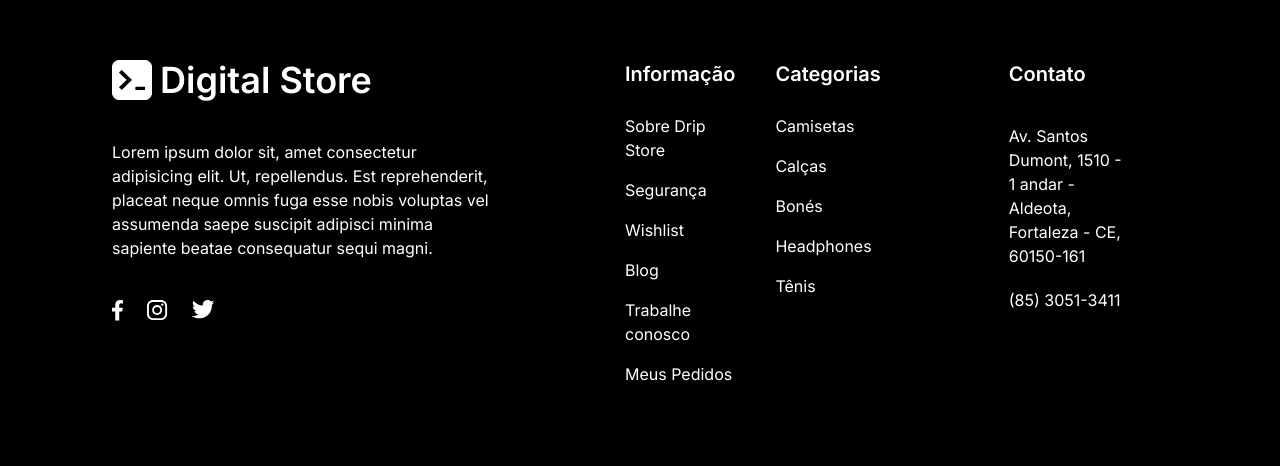
Repository: geracao-09/digital-store
Page: index.html
These files come from the project's save history. The page is drawn as it stood at one moment and after the next save; the edit follows.
The browser window is 1280 px wide. The pictures show the part of the page from y = 3410 to 3917 px (the page is 3876 px tall before and 3917 px after).
A picture or video elsewhere on the page could not be fetched, so the positions and the page height are approximate.

Above is the page before, as saved 2025-04-25 09:02:27.

### index.html
<!DOCTYPE html>
<html lang="pt-br">
<head>
    <meta charset="UTF-8">
    <meta name="viewport" content="width=device-width, initial-scale=1.0">
    <title>Digital Store</title>
    <link href="./style.css" rel="stylesheet">
    <script src="https://cdn.jsdelivr.net/npm/@tailwindcss/browser@4"></script>
    <link rel="shortcut icon" href="/assets/digital-logo.svg" type="image/x-icon">
</head>
<body>
<header class="flex flex-col gap-12 px-[108px] py-[38px]">
    <div class="flex items-center justify-between">
        <div class="flex gap-1">
            <img src="/assets/digital-logo.svg" alt="Logo da Digital Store">
            <h1 class="text-4xl text-(--primary-color) font-semibold">Digital Store</h1>
        </div>
        <input type="text" placeholder="Pesquisar produto..." class="bg-(--light-gray-3) py-2 px-3 rounded-lg ml-40 mr-14 bg-[url(/assets/icons/search.svg)] bg-no-repeat bg-right focus:placeholder-transparent w-[560px]" />
        <div>
            <a href="#" class="bg-(--primary-color) text-white rounded-lg px-7 py-3 font-bold text-sm">
                Entrar
            </a>
        </div>
        <div class="relative">
            <img src="/assets/icons/cart.svg" alt="Imagem de um carrinho de compras">
            <div class="flex justify-center items-center absolute bg-(--tertiary-color) text-white font-bold text-xs rounded-full w-[18px] h-[18px] bottom-[15px] left-3">
                2
            </div>
        </div>
    </div>
    </div>
    <nav class="pl-32">
        <ul class="flex gap-6 text-(--dark-gray-2)">
            <li class="hover:text-(--primary-color) hover:font-bold">
                <a href="#">
                Home
            </a>
        </li>
            <li class="hover:text-(--primary-color) hover:font-bold">
                <a href="#">
                Produtos
            </a>
        </li>
            <li class="hover:text-(--primary-color) hover:font-bold">
                <a href="#">
                Categorias
            </a>
        </li>
            <li class="hover:text-(--primary-color) hover:font-bold">
                <a href="#">
                Meus Pedidos
            </a>
        </li>
        </ul>
    </nav>
</header>
<main>
    <section class="flex px-[108px] bg-(--light-gray-3) py-[78px] h-[680px] relative">
        <div class="flex flex-col gap-5 w-[466px]">
            <p class="text-(--warning-color) font-bold">
                Melhores ofertas personalizadas
            </p>
            <h2 class="font-extrabold text-6xl">
                Queima de estoque Nike 🔥
            </h2>
            <p class="text-(--dark-gray-2) text-lg">
                Consequat culpa exercitation mollit nisi excepteur do do tempor laboris eiusmod irure consectetur.
            </p>
            <a href="#" class="flex items-center justify-center bg-(--primary-color) text-(--light-gray-3) font-bold w-[220px] h-[48px] rounded-lg">
                Ver Ofertas
            </a>
        </div>
        <img src="/assets/pictures/white-sneakers.svg" alt="Foto de um tenis branco" class="absolute right-28 bottom-8"/>
        <img src="/assets/ornaments/ornament.svg" alt="Firula do site - by wendell" class="absolute top-12 right-8">
    </section>
    <section class="flex flex-col gap-15 px-[108px] py-[42px]">
        <div class="flex flex-col gap-10">
            <h4 class="text-(--dark-gray-2) font-bold text-2xl">
                Coleções em destaque
            </h4>
            <ul class="grid grid-cols-3 gap-3.5 h-68">
                <li  class="flex bg-[#D8E3F2] pl-8 pt-8 rounded-md relative bg-[url(/assets/pictures/star-wars-shirt-pic.svg)] bg-no-repeat bg-bottom-right">
                    <div class="w-1/2 z-10">
                    <p class="bg-[#E7FF86] rounded-4xl font-bold text-(--dark-gray-2) w-[96px] text-center py-1.5 text-sm">
                        30% OFF
                    </p>
                    <h5 class="font-bold text-(--dark-gray) text-4xl mt-2.5 mb-8">
                        Novo drop Supreme
                    </h5>
                    <a href="#" class="text-(--primary-color) bg-white rounded-xl font-bold px-12 py-4.5">
                        Comprar
                    </a>
                </div>
                </li>
                <li  class="flex bg-[#D8E3F2] pl-8 pt-8 rounded-md relative bg-[url(/assets/pictures/sneaks-pic.svg)] bg-no-repeat bg-bottom-right">
                    <div class="w-1/2 z-10">
                    <p class="bg-[#E7FF86] rounded-4xl font-bold text-(--dark-gray-2) w-[96px] text-center py-1.5 text-sm">
                        30% OFF
                    </p>
                    <h5 class="font-bold text-(--dark-gray) text-4xl mt-2.5 mb-8">
                        Coleção Adidas
                    </h5>
                    <a href="#" class="text-(--primary-color) bg-white rounded-xl font-bold px-12 py-4.5">
                        Comprar
                    </a>
                </div>
                </li>
                <li  class="flex bg-[#D8E3F2] pl-8 pt-8 rounded-md relative bg-[url(/assets/pictures/headphone-pic.svg)] bg-no-repeat bg-bottom-right">
                    <div class="w-1/2 z-10">
                    <p class="bg-[#E7FF86] rounded-4xl font-bold text-(--dark-gray-2) w-[96px] text-center py-1.5 text-sm">
                        30% OFF
                    </p>
                    <h5 class="font-bold text-(--dark-gray) text-4xl mt-2.5 mb-8">
                        Novo<br> Beats Bass
                    </h5>
                    <a href="#" class="text-(--primary-color) bg-white rounded-xl font-bold px-12 py-4.5">
                        Comprar
                    </a>
                </div>
                </li>
            </ul>
        </div>
        <div class="bg-[url(/assets/icons/house-border.svg)] bg-no-repeat bg-center object-contain flex flex-col items-center gap-5 pt-5.5 h-[318px]">
            <h1 class="font-bold text-2xl text-(--dark-gray-2)">
                Coleções em destaque
            </h1>
            <ul class="flex gap-8">
                <li><a href="#">
                    <div class="bg-[url(/assets/icons/t-shirt.svg)] w-[104px] h-[104px] bg-white bg-no-repeat bg-center rounded-full"></div>
                    <p class="font-bold text-sm text-(--dark-gray-2) text-center">Camisetas</p>
                </a></li>
                <li><a href="#">
                    <div class="bg-[url(/assets/icons/pants.svg)] w-[104px] h-[104px] bg-white bg-no-repeat bg-center rounded-full"></div>
                    <p class="font-bold text-sm text-(--dark-gray-2) text-center">Calças</p>
                </a></li>
                <li><a href="#">
                    <div class="bg-[url(/assets/icons/cap.svg)] w-[104px] h-[104px] bg-white bg-no-repeat bg-center rounded-full"></div>
                    <p class="font-bold text-sm text-(--dark-gray-2) text-center">Bonés</p>
                </a></li>
                <li><a href="#">
                    <div class="bg-[url(/assets/icons/headphones.svg)] w-[104px] h-[104px] bg-white bg-no-repeat bg-center rounded-full"></div>
                    <p class="font-bold text-sm text-(--dark-gray-2) text-center">Headphones</p>
                </a></li>
                <li><a href="#">
                    <div class="bg-[url(/assets/icons/sneakers.svg)] w-[104px] h-[104px] bg-white bg-no-repeat bg-center rounded-full"></div>
                    <p class="font-bold text-sm text-(--dark-gray-2) text-center">Tênis</p>
                </a></li>
            </ul>
        </div>
    </section>
    <section class="px-[108px]">
        <div class="flex justify-between mb-5">
            <h4 class="text-(--dark-gray-2) font-bold text-2xl">
                Produtos em  alta
            </h4>
            <div class="flex gap-2 items-center">
                <a href="#" class="text-(--primary-color) text-[18px]">
                    Ver todos
                </a>
                <img src="/assets/ornaments/arrow-right.svg" alt="Flecha apontando pra direita" class="w-[24px]">
            </div>
        </div>
        <ul class="grid grid-cols-4">
            <li class="mb-5">
            <div class="bg-[url(/assets/pictures/sneaks-pic2.svg)] w-[292px] h-[320px] bg-white bg-no-repeat bg-center relative">
                <div class="flex justify-center items-center bg-[#E7FF86] font-bold text-sm h-[32px] w-[96px] rounded-4xl absolute left-5 top-5">50% off</div>
            </div>
                <div>
                    <p class="text-xs text-(--light-gray) font-bold">
                        Tênis
                    </p>
                    <h5 class="text-2xl text-(--dark-gray-2)">
                        K-Swiss V8 - Masculino
                    </h5>
                    <div class="flex gap-2">
                    <h5 class="text-(--light-gray) line-through text-2xl">
                        $200
                    </h5>
                    <h5 class="font-bold text-2xl">
                        $100
                    </h5>
                </div>
            </div>
            </li>
            <li class="mb-5">
            <div class="bg-[url(/assets/pictures/sneaks-pic2.svg)] w-[292px] h-[320px] bg-white bg-no-repeat bg-center relative">
                <div class="flex justify-center items-center bg-[#E7FF86] font-bold text-sm h-[32px] w-[96px] rounded-4xl absolute left-5 top-5">50% off</div>
            </div>
                <div>
                    <p class="text-xs text-(--light-gray) font-bold">
                        Tênis
                    </p>
                    <h5 class="text-2xl text-(--dark-gray-2)">
                        K-Swiss V8 - Masculino
                    </h5>
                    <div class="flex gap-2">
                    <h5 class="text-(--light-gray) line-through text-2xl">
                        $200
                    </h5>
                    <h5 class="font-bold text-2xl">
                        $100
                    </h5>
                </div>
            </div>
            </li>
            <li class="mb-5">
            <div class="bg-[url(/assets/pictures/sneaks-pic2.svg)] w-[292px] h-[320px] bg-white bg-no-repeat bg-center relative">
            </div>
                <div>
                    <p class="text-xs text-(--light-gray) font-bold">
                        Tênis
                    </p>
                    <h5 class="text-2xl text-(--dark-gray-2)">
                        K-Swiss V8 - Masculino
                    </h5>
                    <h5 class="font-bold text-2xl">
                        $100
                    </h5>
            </div>
            </li>
            <li class="mb-5">
            <div class="bg-[url(/assets/pictures/sneaks-pic2.svg)] w-[292px] h-[320px] bg-white bg-no-repeat bg-center relative">
            </div>
                <div>
                    <p class="text-xs text-(--light-gray) font-bold">
                        Tênis
                    </p>
                    <h5 class="text-2xl text-(--dark-gray-2)">
                        K-Swiss V8 - Masculino
                    </h5>
                    <h5 class="font-bold text-2xl">
                        $100
                    </h5>
            </div>
            </li>
            <li class="mb-5">
            <div class="bg-[url(/assets/pictures/sneaks-pic2.svg)] w-[292px] h-[320px] bg-white bg-no-repeat bg-center relative">
            </div>
                <div>
                    <p class="text-xs text-(--light-gray) font-bold">
                        Tênis
                    </p>
                    <h5 class="text-2xl text-(--dark-gray-2)">
                        K-Swiss V8 - Masculino
                    </h5>
                    <h5 class="font-bold text-2xl">
                        $100
                    </h5>
            </div>
            </li>
            <li class="mb-5">
            <div class="bg-[url(/assets/pictures/sneaks-pic2.svg)] w-[292px] h-[320px] bg-white bg-no-repeat bg-center relative">
            </div>
                <div>
                    <p class="text-xs text-(--light-gray) font-bold">
                        Tênis
                    </p>
                    <h5 class="text-2xl text-(--dark-gray-2)">
                        K-Swiss V8 - Masculino
                    </h5>
                    <h5 class="font-bold text-2xl">
                        $100
                    </h5>
            </div>
            </li>
            <li class="mb-5">
            <div class="bg-[url(/assets/pictures/sneaks-pic2.svg)] w-[292px] h-[320px] bg-white bg-no-repeat bg-center relative">
            </div>
                <div>
                    <p class="text-xs text-(--light-gray) font-bold">
                        Tênis
                    </p>
                    <h5 class="text-2xl text-(--dark-gray-2)">
                        K-Swiss V8 - Masculino
                    </h5>
                    <h5 class="font-bold text-2xl">
                        $100
                    </h5>
            </div>
            </li>
            <li class="mb-5">
            <div class="bg-[url(/assets/pictures/sneaks-pic2.svg)] w-[292px] h-[320px] bg-white bg-no-repeat bg-center relative">
            </div>
                <div>
                    <p class="text-xs text-(--light-gray) font-bold">
                        Tênis
                    </p>
                    <h5 class="text-2xl text-(--dark-gray-2)">
                        K-Swiss V8 - Masculino
                    </h5>
                    <h5 class="font-bold text-2xl">
                        $100
                    </h5>
            </div>
            </li>

        </ul>
    </section>
    <section class="flex justify-center items-center bg-white py-20 px-18 gap-28">
        <div>
            <div class="w-[456px] h-[456px] bg-linear-(--secondary-gradient) rounded-full  relative">
                <img src="/assets/pictures/ei-jordao.svg" alt="" class="w-[574px] absolute top-[12%] right-[12%] scale-135">
            </div>
        </div>
        <div class="flex flex-col gap-4 w-[40%]">
            <p class="text-sm text-(--primary-color) font-bold">
                Oferta especial
            </p>
            <h2 class="font-bold text-(--dark-gray-2) text-5xl">
                Air Jordan edição de colecionador
            </h2>
            <p class="text-(--dark-gray-2)">
                Lorem ipsum dolor sit amet, consectetur adipiscing elit, sed do eiusmod tempor incididunt ut labore et dolore magna aliqua. Ut enim ad minim veniam, quis nostrud exercitation ullamco laboris nisi ut aliquip
            </p>
            <a href="#" class="flex items-center justify-center bg-(--primary-color) text-(--light-gray-3) font-bold w-[220px] h-[48px] rounded-lg mt-6">
                Ver Ofertas
            </a>
        </div>
    </section>
</main>
<footer class="bg-black text-white py-20 px-28 flex flex=col gap-5">
    <div class="flex gap-32">
        <div  class="flex flex-col gap-10">
            <div class="flex gap-2">
                <img src="/assets/white-logo.svg" alt="Logo da Digital em branco">
                <h4 class="font-semibold text-4xl">Digital Store</h4>
            </div>
        <div>
            <p>Lorem ipsum dolor sit, amet consectetur adipisicing elit. Ut, repellendus. Est reprehenderit, placeat neque omnis fuga esse nobis voluptas vel assumenda saepe suscipit adipisci minima sapiente beatae consequatur sequi magni.</p>
        </div>
        <div>
            <ul class="flex gap-6">
                <li><img src="/assets/icons/facebook.svg" alt="logo da facebook"></li>
                <li><img src="/assets/icons/instagram.svg" alt="logo do instagram"></li>
                <li><img src="/assets/icons/twitter.svg" alt="logo da twitter, vulgo, X"></li>
            </ul>
        </div>
    </div>
        <div class="flex gap-10">
            <ul class="flex flex-col gap-4 list-none">
                <li class="font-semibold text-xl mb-2.5">Informação</li>
                <li><a href="#">
                    Sobre Drip Store
                </a></li>
                <li><a href="#">
                    Segurança
                </a></li>
                <li><a href="#">
                    Wishlist
                </a></li>
                <li><a href="#">
                    Blog
                </a></li>
                <li><a href="#">
                    Trabalhe conosco
                </a></li>
                <li><a href="#">
                    Meus Pedidos
                </a></li>
            </ul>
            <ul class="flex flex-col gap-4 list-none">
                <li class="font-semibold text-xl mb-2.5">Categorias</li>
                <li><a href="#">
                    Camisetas
                </a></li>
                <li><a href="#">
                    Calças
                </a></li>
                <li><a href="#">
                    Bonés
                </a></li>
                <li><a href="#">
                    Headphones
                </a></li>
                <li><a href="#">
                    Tênis
                </a></li>
            </ul>
        </div>
        <div class="flex flex-col gap-5">
            <h6 class="font-semibold text-xl mb-4">Contato</h6>
            <p>Av. Santos Dumont, 1510 - 1 andar - Aldeota, Fortaleza - CE, 60150-161</p>
            <p>(85) 3051-3411</p>
        </div>
    </div>
    <hr>
    <div>

    </div>
</footer>
</body>
</html>

### style.css
@import url('https://fonts.googleapis.com/css2?family=Inter:ital,opsz,wght@0,14..32,100..900;1,14..32,100..900&display=swap');

:root {
    --dark-gray: #1F1F1F;
    --dark-gray-2: #474747;
    --dark-gray-3: #666666;
    --light-gray: #8F8F8F;
    --light-gray-2: #CCCCCC;
    --light-gray-3: #F5F5F5;
    --white: #FFFFFF;
    --primary-color: #C92071;
    --secondary-color: #B5B6F2;
    --tertiary-color: #991956;
    --error-color: #EE4266;
    --success-color: #52CA76;
    --warning-color: #F6AA1C;
    --primary-gradient: 180deg,#C92071, #EDABCA;
    --secondary-gradient: 180deg, #B5B6F2, #EFEFFF;
}

* {
    font-family: "Inter", sans-serif;
    box-sizing: border-box;
}

main {
    background-color: #F9F8FE;
}

### assets/icons/instagram.svg
<svg width="21" height="21" viewBox="0 0 21 21" fill="none" xmlns="http://www.w3.org/2000/svg">
<path d="M15.3772 3.59082C15.0646 3.59082 14.7647 3.71504 14.5436 3.93614C14.3225 4.15725 14.1982 4.45713 14.1982 4.76982C14.1981 4.92473 14.2285 5.07815 14.2877 5.22131C14.3469 5.36447 14.4337 5.49456 14.5432 5.60415C14.6527 5.71373 14.7827 5.80066 14.9258 5.85998C15.0689 5.91929 15.2223 5.94982 15.3772 5.94982C15.6899 5.94982 15.9898 5.82561 16.2109 5.6045C16.432 5.38339 16.5562 5.08351 16.5562 4.77082C16.5564 4.61591 16.526 4.46249 16.4668 4.31933C16.4076 4.17617 16.3208 4.04608 16.2113 3.93649C16.1018 3.82691 15.9718 3.73997 15.8287 3.68066C15.6856 3.62135 15.5322 3.59082 15.3772 3.59082Z" fill="white"/>
<path d="M10.1361 5.10303C8.82331 5.10435 7.56467 5.62637 6.63631 6.55454C5.70794 7.48272 5.18567 8.74126 5.18408 10.054C5.18567 11.3669 5.70791 12.6255 6.63625 13.5539C7.56458 14.4822 8.82322 15.0044 10.1361 15.006C11.449 15.0044 12.7076 14.4822 13.6359 13.5539C14.5643 12.6255 15.0865 11.3669 15.0881 10.054C15.0865 8.74126 14.5642 7.48272 13.6359 6.55454C12.7075 5.62637 11.4489 5.10435 10.1361 5.10303ZM10.1361 13.226C9.29489 13.2252 8.48838 12.8906 7.89366 12.2957C7.29894 11.7008 6.96461 10.8942 6.96408 10.053C6.96488 9.21201 7.29933 8.40566 7.89402 7.81096C8.48871 7.21627 9.29506 6.88182 10.1361 6.88103C10.9771 6.88182 11.7835 7.21627 12.3782 7.81096C12.9728 8.40566 13.3073 9.21201 13.3081 10.053C13.3076 10.8942 12.9732 11.7008 12.3785 12.2957C11.7838 12.8906 10.9773 13.2252 10.1361 13.226Z" fill="white"/>
<path d="M14.0681 20.108H6.03607C4.43499 20.1061 2.90003 19.4693 1.7679 18.3371C0.635768 17.205 -0.00107705 15.67 -0.00292969 14.069V6.04098C-0.00134169 4.43973 0.635388 2.90451 1.76755 1.77216C2.89971 0.639813 4.43482 0.00282968 6.03607 0.000976562H14.0641C15.6651 0.0028292 17.2001 0.639674 18.3322 1.7718C19.4644 2.90394 20.1012 4.4389 20.1031 6.03998V14.068C20.1015 15.6685 19.4653 17.2031 18.334 18.3354C17.2027 19.4676 15.6686 20.1051 14.0681 20.108ZM6.03607 1.89297C4.93662 1.8943 3.88259 2.33164 3.10516 3.10907C2.32773 3.88649 1.8904 4.94053 1.88907 6.03998V14.068C1.88881 15.1685 2.32544 16.224 3.10304 17.0028C3.88064 17.7815 4.93558 18.2197 6.03607 18.221H14.0641C15.1638 18.2199 16.2182 17.7827 16.996 17.0053C17.7738 16.2279 18.2115 15.1737 18.2131 14.074V6.04597C18.2115 4.94626 17.7738 3.89208 16.996 3.11465C16.2182 2.33722 15.1638 1.90003 14.0641 1.89898L6.03607 1.89297Z" fill="white"/>
</svg>

### assets/icons/pants.svg
<svg width="64" height="64" viewBox="0 0 64 64" fill="none" xmlns="http://www.w3.org/2000/svg">
<path d="M20.3125 0.149998C19.7875 0.450001 19.7625 0.612499 19.75 2.9125V5.125L13.3625 32.25C9.41247 49.075 6.99997 59.55 7.02497 59.8375C7.04997 60.15 7.16247 60.3625 7.37497 60.525C7.69997 60.7625 18.2875 64 18.7375 64C18.875 64 19.125 63.875 19.3 63.7125C19.525 63.525 21.775 58.3875 27.075 46C31.1875 36.4125 34.575 28.525 34.6125 28.475C34.6875 28.3875 39.375 39.175 39.375 39.4125C39.375 39.4625 38.225 39.5 36.8125 39.5C34.25 39.5 34.2375 39.5 33.9375 39.8125L33.625 40.1125V45.3V50.4875L33.9125 50.8125C34.1625 51.1 34.625 51.2125 39.7875 52.25C43.6875 53.025 45.4625 53.3375 45.6625 53.2625C45.8125 53.2 48.3875 50.95 51.375 48.2625C55.8 44.2875 56.8375 43.2875 56.975 42.9125C57.1 42.5625 57.125 41.8375 57.1 40.25L57.05 38.0625L53.375 21.9375L49.7 5.8125L49.6375 3.2125L49.5625 0.599998L49.2125 0.299999L48.8625 0H34.7125C24.3 0.0125008 20.5 0.0499992 20.3125 0.149998ZM26.125 3.1875V4.25H24H21.875V3.1875V2.125H24H26.125V3.1875ZM31.5 3.1875V4.25H29.875H28.25V3.1875V2.125H29.875H31.5V3.1875ZM35.75 3.1875V4.25H34.6875H33.625V3.1875V2.125H34.6875H35.75V3.1875ZM41.1 3.2125L41.1375 4.25H39.5H37.875V3.1875V2.1125L39.475 2.15L41.0625 2.1875L41.1 3.2125ZM47.5 3.1875V4.25H45.375H43.25V3.1875V2.125H45.375H47.5V3.1875ZM26.125 7.775C26.125 9.4375 25.875 10.1375 25.025 10.9C24.3125 11.5375 23.5125 11.75 21.7875 11.75C20.4875 11.75 20.3625 11.725 20.425 11.525C20.5 11.3 21.625 6.5 21.625 6.425C21.625 6.4 22.6375 6.375 23.875 6.375H26.125V7.775ZM33.625 15.8375V25.3125L25.8625 43.4375C21.5875 53.4 18.0875 61.575 18.075 61.5875C18.0375 61.6375 9.59997 59.125 9.42497 59.0125C9.32497 58.9625 10.9625 51.8 14.575 36.4375C17.4875 24.0625 19.875 13.925 19.875 13.9C19.875 13.8875 20.625 13.875 21.55 13.875C24.225 13.875 25.3125 13.55 26.575 12.35C27.8 11.1875 28.25 9.95 28.25 7.6875V6.375H30.9375H33.625V15.8375ZM37.875 14.6625V22.95L37.225 23.4375C36.8625 23.7 36.375 24.05 36.1625 24.225L35.75 24.525V15.45V6.375H36.8125H37.875V14.6625ZM41.1375 8.125C41.225 10.0625 41.325 10.4625 42 11.4625C42.5625 12.3125 43.2375 12.9 44.1625 13.325C45.1 13.75 45.925 13.875 47.7625 13.875C49.325 13.875 49.375 13.8875 49.4375 14.15C50.875 20.25 54.875 38.425 54.875 38.875V39.5H48.325H41.775L39.075 33.2C37.5875 29.7375 36.375 26.85 36.375 26.7875C36.3875 26.7375 37.1125 26.15 37.9875 25.5C38.875 24.85 39.6875 24.1625 39.8 23.975C39.975 23.6875 40 22.6875 40 15V6.3625L40.5375 6.4L41.0625 6.4375L41.1375 8.125ZM48.275 9C48.6 10.4125 48.8625 11.6125 48.8625 11.675C48.875 11.725 48.125 11.7625 47.225 11.725C45.675 11.6875 45.5125 11.65 44.9 11.325C43.625 10.625 43.25 9.825 43.25 7.8125V6.375L45.4625 6.4L47.6875 6.4375L48.275 9ZM54.875 41.9375C54.875 42.1875 53.9125 43.1125 49.95 46.6875L45.025 51.125L40.6625 50.25C38.275 49.775 36.1875 49.35 36.0375 49.3125L35.75 49.25V45.4375V41.625H45.3125H54.875V41.9375Z" fill="#8F8F8F"/>
</svg>

Loaded but not shown: assets/icons/headphones.svg (8 lines, source omitted)

After the next save:
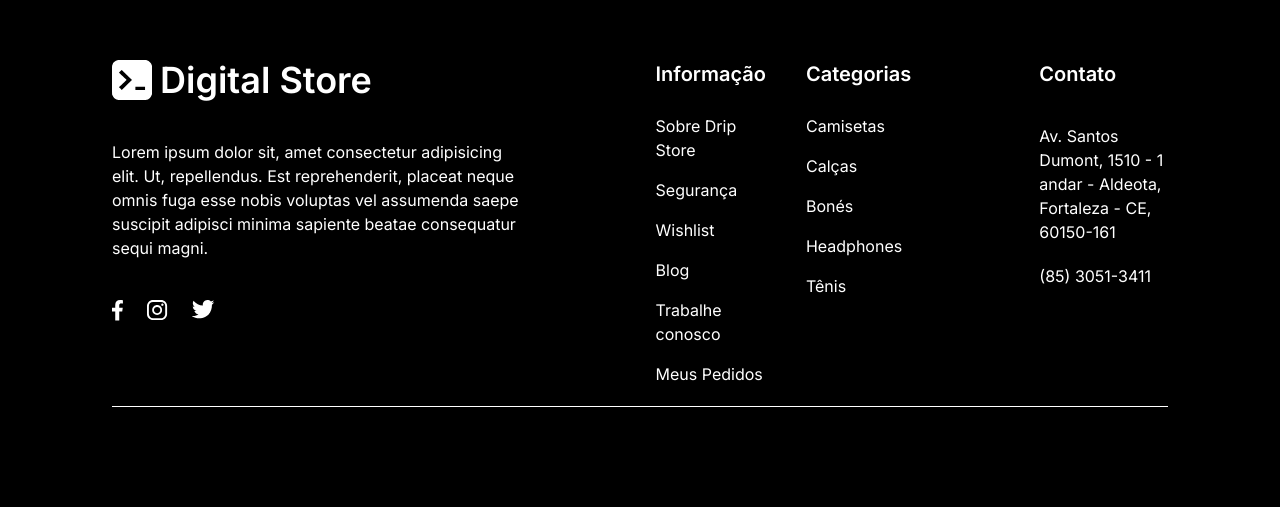
Saved 14 s later.
--- a/index.html
+++ b/index.html
@@ -318,7 +318,7 @@
         </div>
     </section>
 </main>
-<footer class="bg-black text-white py-20 px-28 flex flex=col gap-5">
+<footer class="bg-black text-white py-20 px-28 flex flex-col gap-5">
     <div class="flex gap-32">
         <div  class="flex flex-col gap-10">
             <div class="flex gap-2">
